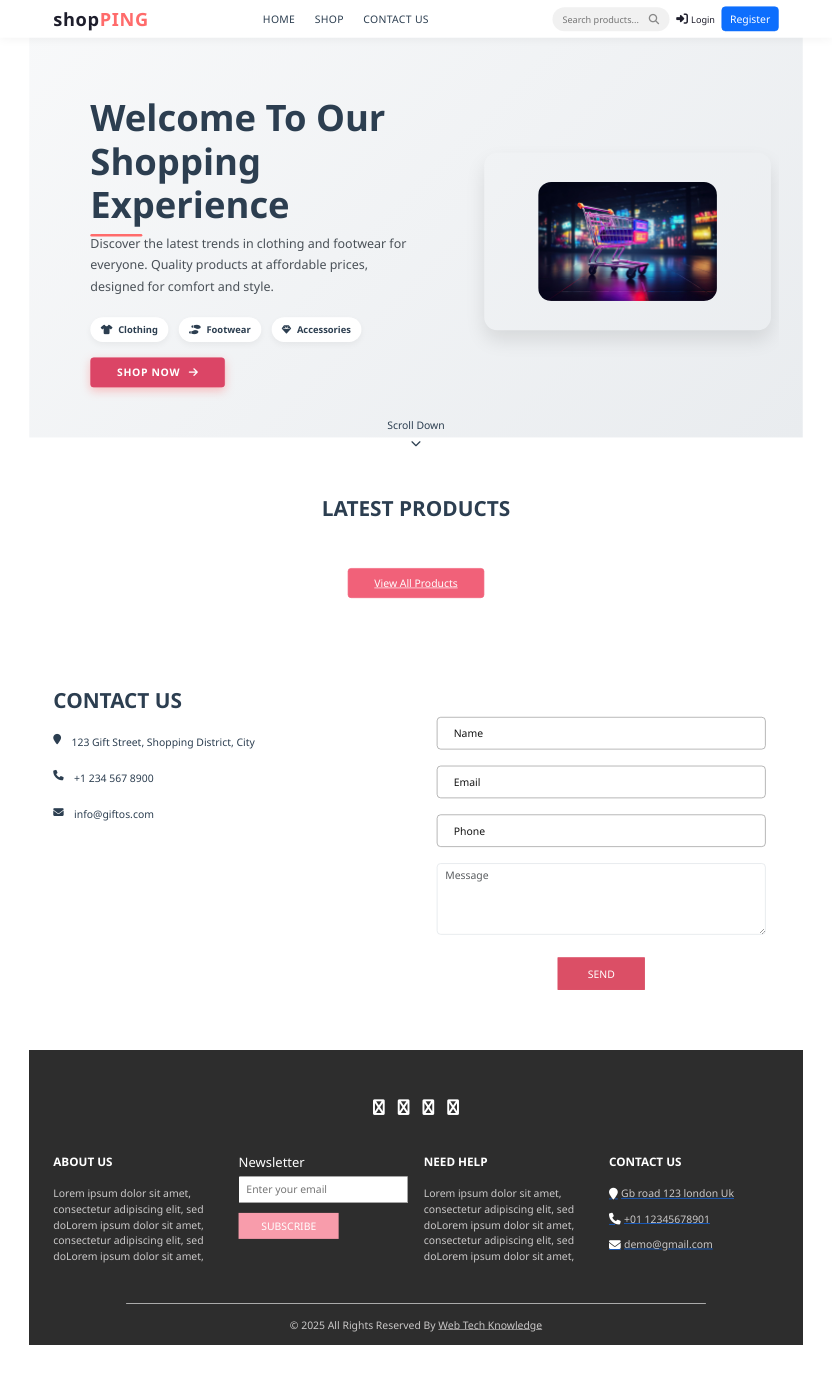
Repository: hahuuchinh2501/ecommerce_project
Page: http://localhost/
The author's editor kept a copy of each file at every save. The page is drawn from the files as they stood at one save, then again after the next save.
The browser window is 1280 px wide. The pictures show the whole page, at 65% of full size.
The page is served by the project's Laravel application, run on PHP 8.4 with Laravel 12. Queries for data that is not in the repository find no rows.

Above is the page before, as saved 2025-04-09 15:51:20.

After the next save:
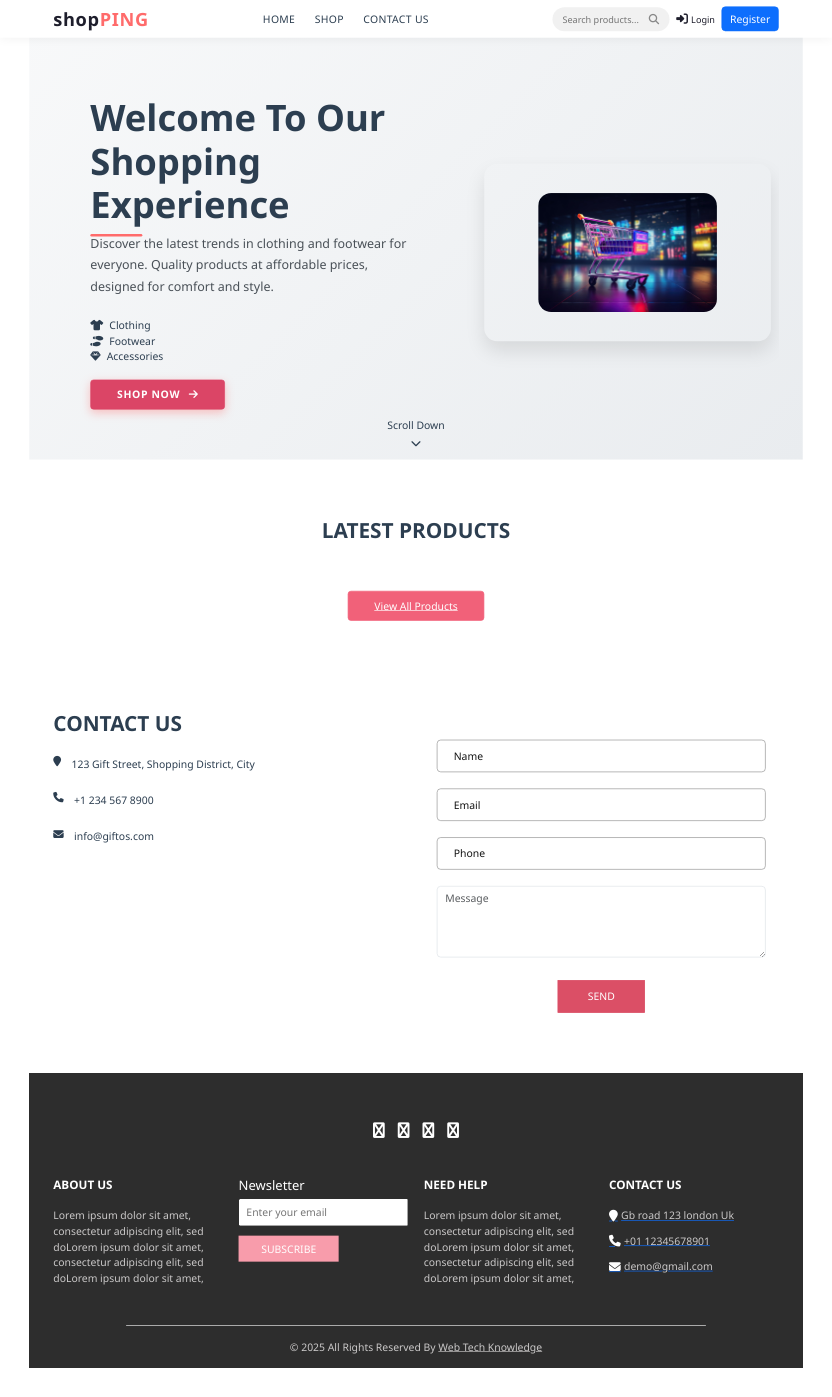
Saved 90 s later.
--- a/resources/views/home/slider.blade.php
+++ b/resources/views/home/slider.blade.php
@@ -97,24 +97,7 @@
       transform: scale(1.05);
     }
 
-    .category-badges {
-      margin-top: 2rem;
-      display: flex;
-      flex-wrap: wrap;
-      gap: 1rem;
-    }
-
-    .category-badge {
-      padding: 8px 16px;
-      background-color: white;
-      border-radius: 20px;
-      font-weight: 600;
-      color: var(--text-color);
-      font-size: 0.9rem;
-      box-shadow: 0 4px 10px rgba(0, 0, 0, 0.05);
-      transition: all 0.3s ease;
-      cursor: pointer;
-    }
+
 
     .category-badge:hover {
       background-color: var(--primary-color);
